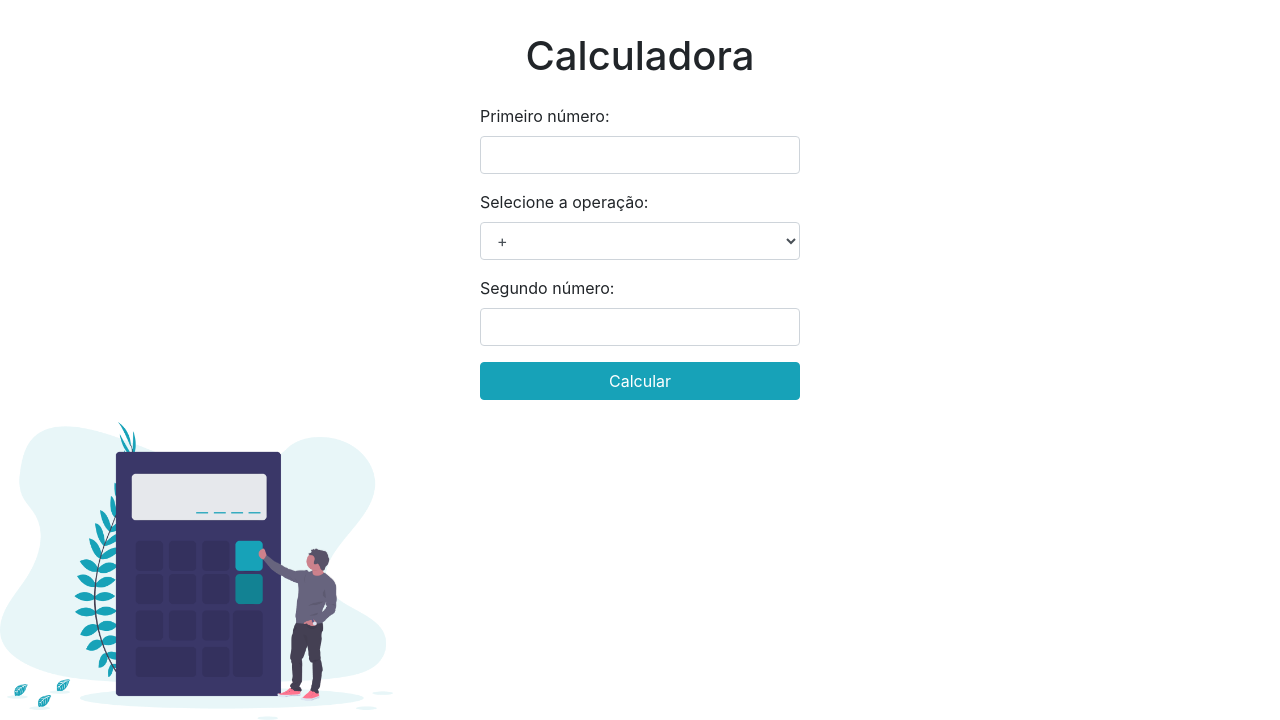
Repository: babirms/DAC
Page: Calculadora/WebContent/home.html
The author's editor kept a copy of each file at every save. The page is drawn from the files as they stood at one save, then again after the next save.
The browser window is 1280 px wide. The pictures show the whole page.

Above is the page before, as saved 2020-09-20 23:46:45.
Console error (its wording comes from the project's code and is left out).

### Calculadora/WebContent/home.html
<!DOCTYPE html>
<html>
<head>
<meta charset="ISO-8859-1">
<title>Calculadora - Página Inicial</title>
<link href="bootstrap/css/bootstrap.min.css" rel="stylesheet"
	type="text/css" />
<script type="text/javascript" src="bootstrap/js/bootstrap.min.js"></script>
<style>
body {
	background-image: url("bootstrap/images/home_bg.png");
	background-size: 393px 299px;
	background-position: left bottom;
	background-repeat: no-repeat;
	background-attachment: fixed;
}
</style>
</head>
<body>
	<div class="d-flex flex-column align-items-center col-xs-8">
		<div class="container p-3" style="width: 352px;">
			<h1 class="p-3 text-center">Calculadora</h1>
			<form action="CalculadoraServlet" method="get">
				<div class="form-group">
					<label for="primeiroNum">Primeiro número: </label> <input
						type="number" class="form-control" name="primeiroValue"
						id="primeiroNum" required>
				</div>
				<div class="form-group">
					<label for="operacao">Selecione a operação: </label> <select
						class="form-control" id="operacao" name="operacao">
						<option value="+">+</option>
						<option value="-">-</option>
						<option value="x">x</option>
						<option value="/">/</option>
					</select>
				</div>
				<div class="form-group">
					<label for="segundoNum">Segundo número: </label> <input
						type="number" id="segundoNum" class="form-control"
						name="segundoValue" required>
				</div>
				<button class="btn btn-info btn-block" type="submit">Calcular</button>
			</form>
		</div>
	</div>
</body>
</html>

Loaded but not shown: Calculadora/WebContent/bootstrap/css/bootstrap.min.css (library); Calculadora/WebContent/bootstrap/js/bootstrap.min.js (library)

After the next save:
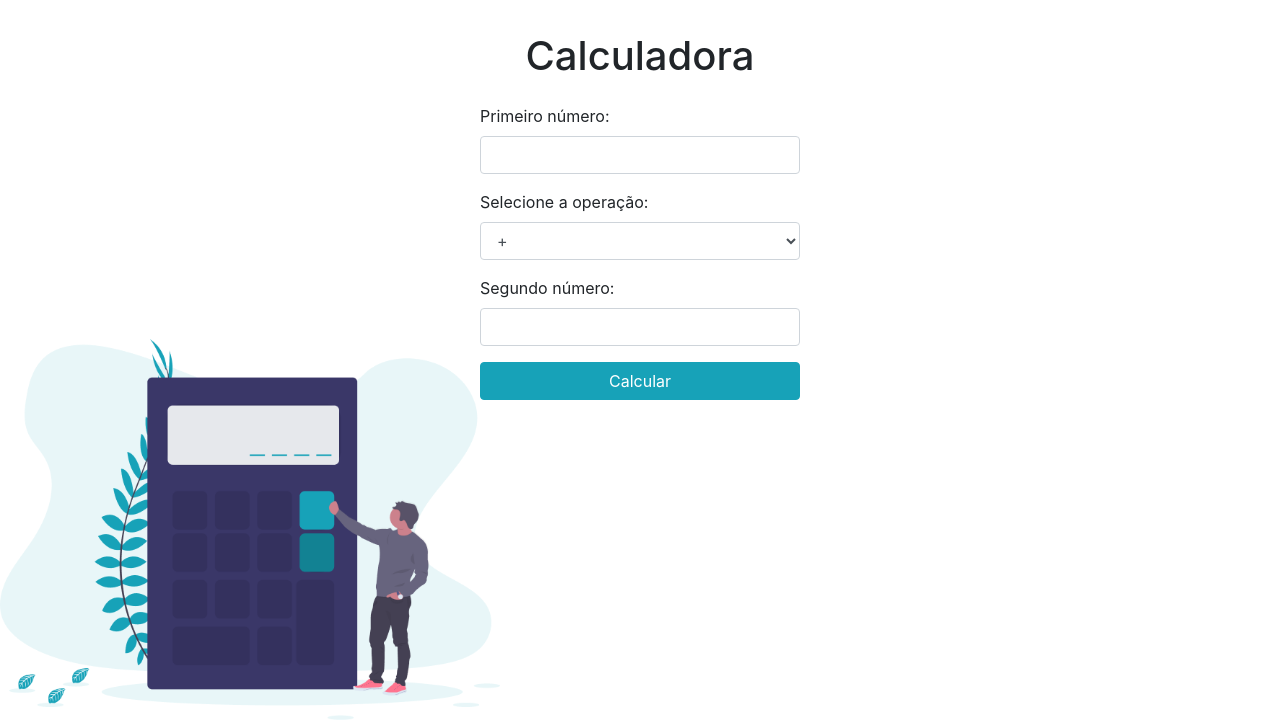
Saved 25 s later.
--- a/Calculadora/WebContent/home.html
+++ b/Calculadora/WebContent/home.html
@@ -9,7 +9,7 @@
 <style>
 body {
 	background-image: url("bootstrap/images/home_bg.png");
-	background-size: 393px 299px;
+	background-size: 500px 382px;
 	background-position: left bottom;
 	background-repeat: no-repeat;
 	background-attachment: fixed;
